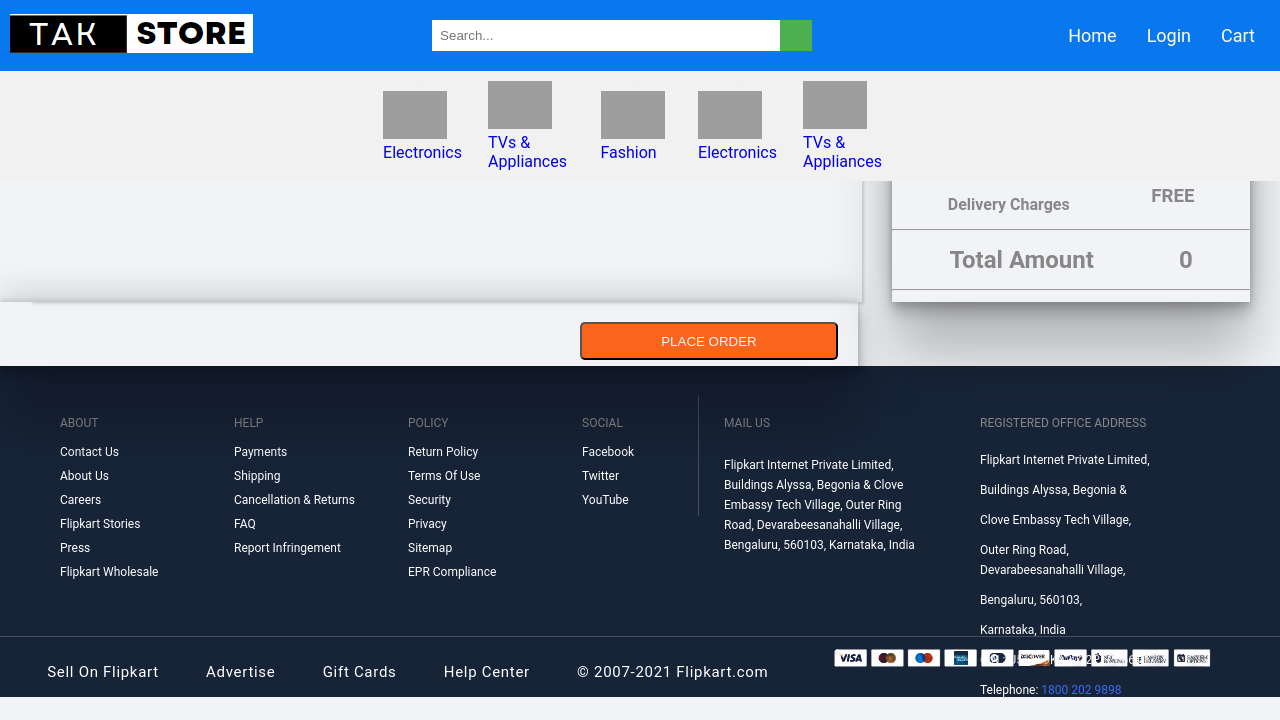
Repository: MSaifKhan01/TAK-Store
Page: PROJECT_Front/addTocart.html
The author's editor kept a copy of each file at every save. The page is drawn from the files as they stood at one save, then again after the next save.
The browser window is 1280 px wide. The pictures show the whole page.
Pictures or frames that could not be fetched are drawn as grey boxes. The page's requests for data from a server got no answer.

Above is the page before, as saved 2023-07-22 01:24:28.

### PROJECT_Front/addTocart.html
<!DOCTYPE html>
<html lang="en">

<head>
    <meta charset="UTF-8" />
    <meta http-equiv="X-UA-Compatible" content="IE=edge" />
    <meta name="viewport" content="width=device-width, initial-scale=1.0" />
    <title>Cart Page</title>
    <link rel="stylesheet" type="text/css" href="./CSS/addToCart.css">
    <link rel="stylesheet" type="text/css" href="./CSS/Index.css">
    <style>

    </style>

    <link rel="stylesheet" href="index.css">
</head>

<body>


    <header >
        <nav class="navbar">
          <a href="#" class="navbar-brand logo"
            ><img src="./flipkart images/Tak_logo.png" alt="logo"
          /></a>
          <div class="search-container">
            <input id="searcBox" type="text" placeholder="Search..." />
            <button type="submit"><i class="fa fa-search"></i></button>
          </div>
          <ul class="navbar-nav">
            <li>
              <a href="#"><i class="fa-solid fa-house"></i> Home</a>
            </li>



            <li id="logoutName">
              <a href="./login.html" id="nameshow"><i class="fa-solid fa-user"></i> Login</a>
            </li>
            <!-- <li><a href="#">Categories</a></li>
            <li><a href="#">Deals</a></li> -->
            <li>
              <a href="addTocart.html"><i class="fa-solid fa-cart-shopping"><span id="Cartlength"></span></i> Cart</a>
              <!-- <a href="#">Cart</a> -->
            </li>
          </ul>
        </nav>

        <div class="sub-navbar">
          <div class="sub-navbar-item">
            <div class="subNav">
              <img
                src="https://rukminim1.flixcart.com/fk-p-flap/128/128/image/6e3e1efa83bc56c3.png?q=100"
                alt=""
              />
              <a style="text-decoration: none" href="electronics.html"
                >Electronics</a
              >
            </div>
          </div>
          <div class="sub-navbar-item">
            <div class="subNav">
              <img
                src="https://rukminim1.flixcart.com/fk-p-flap/128/128/image/b3e1225e6bda1c9e.png?q=100"
                alt=""
              />
              <a style="text-decoration: none" href="appliances.html"
                >TVs & Appliances</a
              >
            </div>
          </div>
          <div class="sub-navbar-item">
            <div class="subNav">
              <img
                src="https://rukminim1.flixcart.com/fk-p-flap/128/128/image/a11d5d13e54bf964.png?q=100"
                alt=""
              />
              <a style="text-decoration: none" href="fashion.html">Fashion</a>
            </div>
          </div>
          <div class="sub-navbar-item">
            <div class="subNav">
              <img
                src="https://rukminim1.flixcart.com/fk-p-flap/128/128/image/6e3e1efa83bc56c3.png?q=100"
                alt=""
              />
              <a style="text-decoration: none" href="electronics.html"
                >Electronics</a
              >
            </div>
          </div>
          <div class="sub-navbar-item">
            <div class="subNav">
              <img
                src="https://rukminim1.flixcart.com/fk-p-flap/128/128/image/b3e1225e6bda1c9e.png?q=100"
                alt=""
              />
              <a style="text-decoration: none" href="appliances.html"
                >TVs & Appliances</a
              >
            </div>
          </div>
        </div>
      </header>
    <!-- nav end -->

    <!-- <div id="mainpro"><h1 id="total">Your Total cart Price is:- Rs <span id="cart-total">0</span></h1> -->
    <div class="main">
        <div id="cart-container">
            <!-- Here Append All the cart Products -->

        </div>

        <div class="amount">
            <div>
                <h1 id="total">Amount Details</h1>
            </div>
            <hr>
            <div id="fisrt">
                <h4>Price (1 item)</h4>
                <h3 id="prcpritem"></h3>
            </div>



            <div id="fisrt">
                <h4>Delivery Charges</h4>
                <h3>FREE</h3>
            </div>
            <hr>
            <div id="fisrt">
                <h2>Total Amount</h2>
                <h2><span id="cart-total">0</span></h2>
            </div>
            <hr>
        </div>
    </div>
    <div class="plcordr">
        <button id="plcordrBtn">PLACE ORDER</button>
    </div>


    <!-- footer -->

    <footer>

        <div class="footer-row">
            <div class="footer-col-1">
                <div class="footer-heading">
                    <p>ABOUT</p>
                </div>
                <div class="footer-list">
                    <a href="#">Contact Us</a>
                    <a href="#">About Us</a>
                    <a href="#">Careers</a>
                    <a href="#">Flipkart Stories</a>
                    <a href="#">Press</a>
                    <a href="#">Flipkart Wholesale</a>
                </div>
            </div>
            <div class="footer-col-2">
                <div class="footer-heading">
                    <p>HELP</p>
                </div>
                <div class="footer-list">
                    <a href="#">Payments</a>
                    <a href="#">Shipping</a>
                    <a href="#">Cancellation & Returns</a>
                    <a href="#">FAQ</a>
                    <a href="#">Report Infringement</a>

                </div>
            </div>
            <div class="footer-col-3">
                <div class="footer-heading">
                    <p>POLICY</p>
                </div>
                <div class="footer-list">
                    <a href="#">Return Policy</a>
                    <a href="#">Terms Of Use</a>
                    <a href="#">Security</a>
                    <a href="#">Privacy</a>
                    <a href="#">Sitemap</a>
                    <a href="#">EPR Compliance</a>
                </div>
            </div>
            <div class="footer-col-4">
                <div class="footer-heading">
                    <p>SOCIAL</p>
                </div>
                <div class="footer-list">
                    <a href="#">Facebook</a>
                    <a href="#">Twitter</a>
                    <a href="#">YouTube</a>

                </div>
            </div>

            <div class="footer-col-5">
                <div class="footer-heading">
                    <p>Mail Us</p>
                </div>
                <div class="footer-list">
                    <p>Flipkart Internet Private Limited,
                        Buildings Alyssa, Begonia &
                        Clove Embassy Tech Village,
                        Outer Ring Road, Devarabeesanahalli Village,
                        Bengaluru, 560103,
                        Karnataka, India</p>

                </div>
            </div>

            <div class="footer-col-6">
                <div class="footer-heading">
                    <p>Registered Office Address</p>
                </div>
                <div class="footer-list-address">
                    <p>Flipkart Internet Private Limited,</p>
                    <p>Buildings Alyssa, Begonia &</p>
                    <p>Clove Embassy Tech Village,</p>
                    <p>Outer Ring Road, Devarabeesanahalli Village,</p>
                    <p>Bengaluru, 560103,</p>
                    <p>Karnataka, India</p>
                    <p>CIN : U51109KA2012PTC066107</p>
                    <p> Telephone:<span> 1800 202 9898</span></p>

                </div>
            </div>
        </div>
        <div class="footer-row2">
            <div class="footer-row2-col">
                <p> <i class="fas fa-shopping-bag"></i>Sell On Flipkart</p>
            </div>
            <div class="footer-row2-col">
                <p><i class="fas fa-star"></i>Advertise</p>
            </div>
            <div class="footer-row2-col">
                <p><i class="fas fa-gift"></i>Gift Cards</p>
            </div>
            <div class="footer-row2-col">
                <p><i class="fas fa-question-circle"></i>Help Center</p>
            </div>
            <div class="footer-row2-col">
                <p>© 2007-2021 Flipkart.com</p>
            </div>
            <div class="footer-row2-col">
                <img src="./flipkart images/payment.png" alt="payments">
            </div>
        </div>
    </footer>
</body>
<script src="./JS/addToCart.js"></script>
<script>
    // // Write all necessery JS here
    // let span = document.getElementById("span")

    // let Container = document.getElementById("cart-container");



    // function fecth(){
    //     fetch("http://localhost:8000/cart/", {
    //     method: "GET",
    //     headers: {
    //         "Authorization": `${sessionStorage.getItem("token")}`,
    //         "content-type": "application/json",
    //     },
    // })
    //     .then((res) => {
    //         return res.json();
    //     })
    //     .then((data) => {
    //         console.log("gwyjhsdcb")
    //         let arr=[]
    //     //    console.log(data)
    //         arr = [...data.Fashions , ...data.appliances , ...data.electronics]
    //         console.log("cart",arr);
    //         // console.log(data[0].Fashions)
    //         // console.log(data[0].appliances)
    //         // console.log(data[0].electronics)
    //         span.innerText = arr.length
    //         localStorage.setItem("length",arr.length)
    //         DisplayProduct(arr);
    //     });
    // }

    // fecth()

    // function DisplayProduct(data) {
    //     let total = document.getElementById("cart-total")
    //     const totalPro = document.getElementById("top")
    //     Container.innerHTML = "";
    //     data.forEach((product) => {
    //         let card = document.createElement("div");
    //         card.classList.add("card")
    //         let img = document.createElement("img");
    //         let brand = document.createElement("h4");
    //         let size = document.createElement("p");
    //         let details = document.createElement("p");
    //         let quantity = document.createElement("p");
    //         quantity.classList.add("qty")
    //         let price = document.createElement("h3");
    //         let Remove = document.createElement("button");
    //         let Increment = document.createElement("button");
    //         let Decrement = document.createElement("button");

    //         //  product.quantity=1;
    //         quantity.innerText = product.Quantity
    //         // quantity.innerText=+(quantity.innerText)
    //         img.src = product.data.image;
    //         let div1 = document.createElement("div");
    //         div1.classList.add("div1")
    //         div1.append(img)
    //         brand.textContent = product.data.description;
    //         size.innerText = product.data.size
    //         size.classList.add("size")
    //         //   category.textContent = product.category;
    //         price.textContent = `₹ ${product.data.new_price}`;
    //         details.textContent = product.data.stars;
    //         Remove.textContent = "Remove";
    //         Increment.textContent = "+";
    //         Decrement.textContent = "-";
    //         let div2 = document.createElement("div");
    //         div2.classList.add("div2")
    //         div2.append(brand, size, price, details, Remove, Increment, Decrement, quantity)

    //         Remove.addEventListener("click", () => {

    //             fetch(`http://localhost:8000/cart/delete/${product.data._id}`, {
    //                 method: "DELETE",
    //                 headers: {
    //                     "Authorization": `${sessionStorage.getItem("token")}`,
    //                     "content-type": "application/json",
    //                 },
    //             })
    //                 .then((res) => {
    //                     return res.json();
    //                 })
    //                 .then((data) => {
    //                     alert("Deleted succesfully")

    //                     console.log(data);
    //                     fecth()

    //                 });

    //         })
    //         Increment.addEventListener("click", () => {


    //             fetch(`http://localhost:8000/cart/inc/${product._id}`, {
    //                 method: "PATCH",
    //                 headers: {
    //                     "Content-Type": "application/json",
    //                     "Authorization": `${sessionStorage.getItem("token")}`
    //                 }
    //             })
    //                 .then((res) => {
    //                     return res.json()
    //                 })
    //                 .then((res) => {
    //                     // quantity.innerText = res.Quantity
    //                     // console.log(data)

    //                    fecth()
    //                 })
    //                 .catch((err) => {
    //                     console.log(err.message)

    //                 })

    //         })


    //         let total = document.getElementById("cart-total")
    //         let sum = 0
    //         for (let i = 0; i < data.length; i++) {
    //             sum += product.data.new_price * product.Quantity
    //         }
    //         total.innerText = sum
    //         //    total2.innerText = sum

    //         Decrement.addEventListener("click", () => {

    //             if (product.Quantity > 1) {

    //                 fetch(`http://localhost:8000/cart/dec/${product._id}`, {
    //                     method: "PATCH",
    //                     headers: {
    //                         "Content-Type": "application/json",
    //                         "Authorization": `${sessionStorage.getItem("token")}`
    //                     }
    //                 })
    //                     .then((res) => {
    //                         return res.json()
    //                     })
    //                     .then((res) => {
    //                         // quantity.innerText = res.Quantity
    //                         // console.log(data)
    //                         console.log(res)
    //                         fecth()
    //                     })
    //                     .catch((err) => {
    //                         console.log(err.message)
    //                     })
    //             }
    //         })

    //         Container.append(card);
    //         card.append(div1, div2);

    //     });
    // }

    // document.getElementById("plcordrBtn").addEventListener("click", () => {
    //     window.location.href = "./payment.html"
    // })


</script>

</html>

### PROJECT_Front/CSS/Index.css


 /* CSS styles for the navbar */
  * {
    margin: 0;
    padding: 0;
    box-sizing: border-box;
  }
  header{
    position: sticky;
    top: 0%;
  }

  .navbar {
    background-color: #0978ee;
    padding: 10px;
    display: flex;
    justify-content: space-between;
    /* flex-direction: row; */
    align-items: center;
    position: sticky;
  }

  .navbar-brand {
    color: #fff;
    font-weight: bold;
    text-decoration: none;
    width: 10%;
    font-size: 15px;
  }

  .navbar-nav {
    display: flex;
    flex-direction: row;
    font-size: 18px;
    list-style-type: none;
    gap: 15px;
    margin: 0;
    padding: 0;
    /* margin-right: 120px; */

  }

  #logoutName{
    color: #f1f1f1;
  }
  #logoutName button{
    background-color: #45a049;;
    color: #f1f1f1;
    border-radius: 5px;
    padding: 3px;

  }
  #Cartlength{
    color: #f40ab5;
  }

  /* Search bar styles */
  .search-container {
    display: flex;
    width: 500px;
    max-width: 450px;

    margin-left: 180px;

    margin-bottom: 10px;
    /* Added to separate the search bar in responsive mode */
  }

  input[type="text"] {
    flex: 1;
    padding: 10px;
    border: none;
  }

  button[type="submit"] {
    margin-right: 120px;
    background-color: #4caf50;
    color: white;
    padding: 10px 20px;
    border: none;
    cursor: pointer;
  }

  button[type="submit"]:hover {
    background-color: #45a049;
  }

  .navbar-nav li {
    margin-right: 15px;
  }

  .navbar-nav li a {
    color: #fff;
    text-decoration: none;
  }

  /* CSS styles for responsive design */
  @media (max-width: 400px) {
    .navbar {
      flex-direction: column;
    }

    .navbar-nav {
      margin-top: 10px;
      flex-direction: column;

    }

    .navbar-nav li {
      margin-right: 0;
      margin-bottom: 10px;
    }
  }

  @media (min-width: 601px) {
    /* Additional styles for larger screens */
    .search-container {
      max-width: 500px;
      margin-left: 160px;
      margin-top: 10px;
    }

    input[type="text"] {
      padding: 8px;
    }

    button[type="submit"] {
      padding: 8px 16px;
    }
  }

  /* CSS styles for sub-navbar */
  .sub-navbar {
    background-color: #f1f1f1;
    padding: 10px;
    display: flex;
    gap: 30px;
    justify-content: center;
    /* overflow-x: auto; */
  }

  .sub-navbar-item {
    display: flex;
    align-items: center;
    justify-content: center;

    margin-right: 15px;
    width: 60px;
    /* height: 60px; */
    border-radius: 50%;
    background-color: #f1f1f1;
  }


  .sub-navbar-item img {
    width: 64px;
  }

  .subNav {
    display: block;
  }

  #slideshow > img {
    width: 100%;
  }

  .carousel-item img {
    width: 100%;
    height: 100%;
  }


  .footer-items {
    display: flex;
    justify-content: space-around;
    background-color: dimgray;
    color: white;
  }

  #List-head {
    font-size: 25px;
    font-weight: bold;
    color: black;
  }

  #product {
    border-radius: 5px;
    padding: 40px;
    margin-bottom: 20px;

    box-shadow: rgba(50, 50, 93, 0.25) 0px 50px 100px -20px,
      rgba(0, 0, 0, 0.3) 0px 30px 60px -30px;
  }
  #product img{
    width: 50%;
  }


  #carroDiv {
    width: 90%;
    margin: auto;
  }

  .smallimages {
    display: flex;
    gap: 10px;
    justify-content: space-around;
    /* align-items: center; */
  }

  .topHead {
    display: flex;
    justify-content: space-between;
    box-shadow: rgba(0, 0, 0, 0.24) 0px 3px 8px;
    margin-bottom: 40px;
  }

  .common-heading-left {
    padding: 20px;
  }

  .common-heading-left > h2 {
    color: gray;
  }

  .ViewButton > h3 {
    margin: 30px;
    padding: 20px;
    background-color: #0978ee;
  }

Loaded but not shown: PROJECT_Front/JS/addToCart.js (164 lines, source omitted); PROJECT_Front/CSS/addToCart.css (463 lines, source omitted)

After the next save:
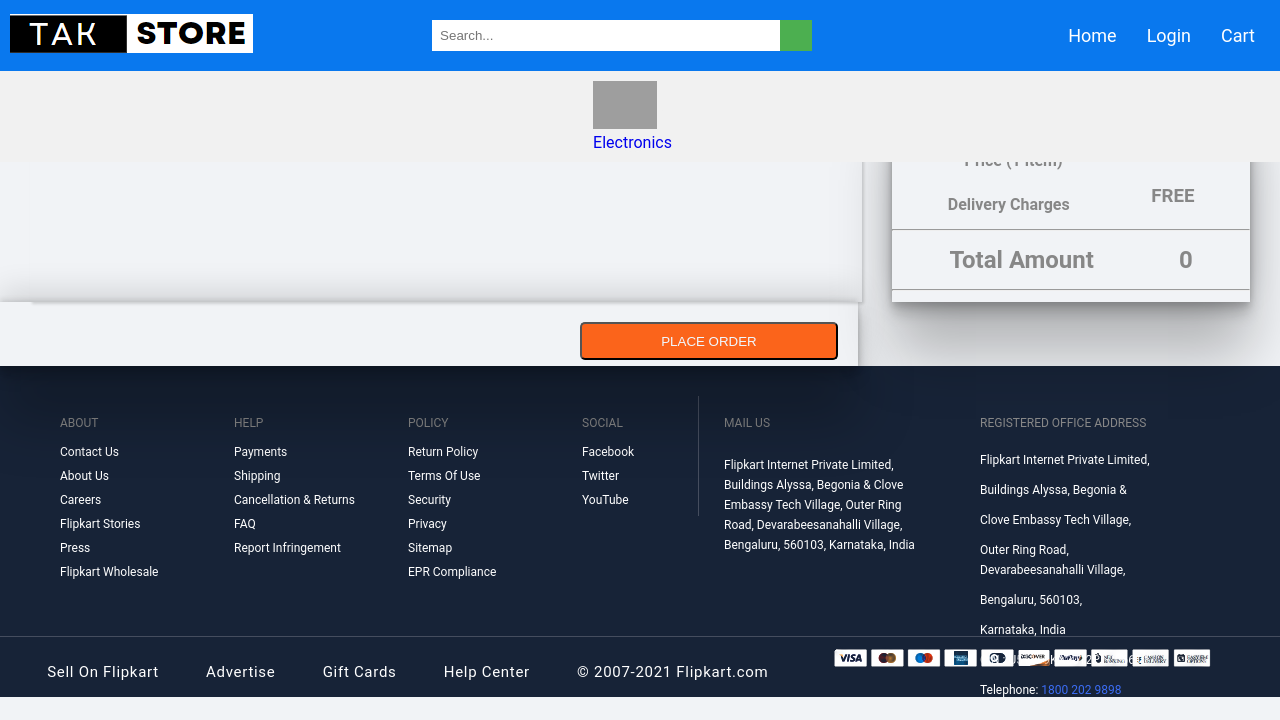
Saved 92 s later.
--- a/PROJECT_Front/addTocart.html
+++ b/PROJECT_Front/addTocart.html
@@ -58,7 +58,7 @@
               >
             </div>
           </div>
-          <div class="sub-navbar-item">
+          <!-- <div class="sub-navbar-item">
             <div class="subNav">
               <img
                 src="https://rukminim1.flixcart.com/fk-p-flap/128/128/image/b3e1225e6bda1c9e.png?q=100"
@@ -99,7 +99,7 @@
                 >TVs & Appliances</a
               >
             </div>
-          </div>
+          </div> -->
         </div>
       </header>
     <!-- nav end -->
